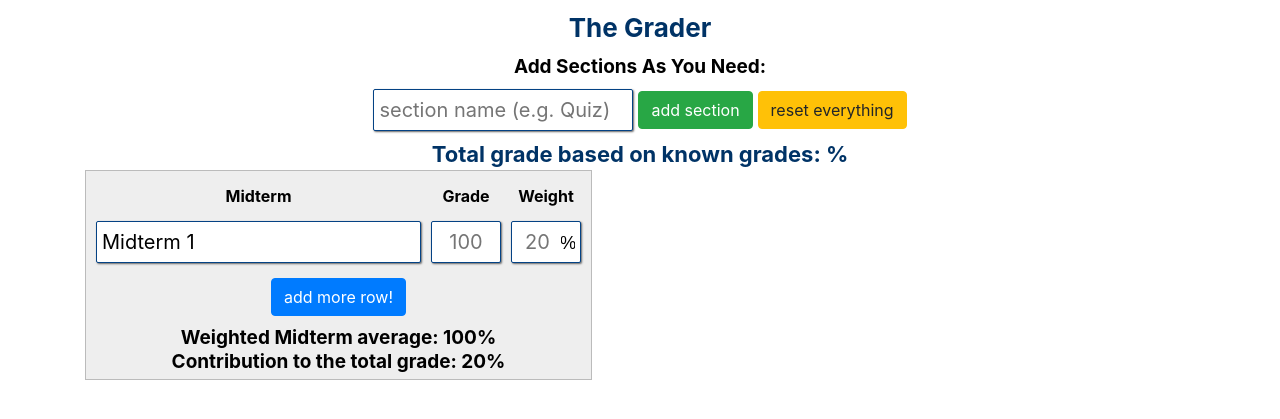
Repository: BarishNamazov/BarishNamazov.github.io
Page: thegrader/index.html
These files come from the project's save history. The page is drawn as it stood at one moment and after the next save; the edit follows.
The browser window is 1280 px wide. The pictures show the whole page.

Above is the page before, as saved 2020-10-31 19:48:21.

### thegrader/index.html
<!doctype html>
<html lang="en">
  <head>
    <meta charset="utf-8">
    <meta name="viewport" content="width=device-width, initial-scale=1, shrink-to-fit=no">

    <!-- Bootstrap CSS -->
    <link rel="stylesheet" href="https://cdn.jsdelivr.net/npm/bootstrap@4.5.3/dist/css/bootstrap.min.css" integrity="sha384-TX8t27EcRE3e/ihU7zmQxVncDAy5uIKz4rEkgIXeMed4M0jlfIDPvg6uqKI2xXr2" crossorigin="anonymous">

    <!-- Custon CSS -->
    <link rel="stylesheet" href="app.css">

    <title>The Grader</title>
  </head>
  <body>
    <div class="container">
      <div class="row">
        <div class="col-lg-12">
          <h1>The Grader</h1>

          <h3>Add Sections As You Need:</h3>

          <div class="divSectionAdder">
            <input type="text" class="sectionName" placeholder="section name (e.g. Quiz)"><button valign="center" class="btn btn-success sectionAdder" id="sectionAdder">add section</button><button style="margin-left: 5px" valign="center" class="btn btn-warning resetter">reset everything</button>
          </div>

          <div id="totalGrade">
            <h2>Total grade based on known grades: <span class="onlyKnownGrades"> </span>%</h2>
          </div>

          <table class="gradePanel">
            <tbody>
              <tr>
                <td>
                  <table>
                    <tbody>
                      <tr class="rowHeader">
                        <td class="tableHeader tableName"><strong>Midterm</strong></td>
                        <td class="tableHeader"><strong>Grade</strong></td>
                        <td class="tableHeader"><strong>Weight</strong></td>
                      </tr>
                      <tr>
                        <td><input type="text" class="gradeName" value="Midterm 1"></td>
                        <td><input type="text" class="gradeValue" placeholder="100"></td>
                        <td><input type="text" class="gradeWeight percentIcon" placeholder="20"></td>
                      </tr>
                    </tbody>
                  </table>

                  <div class="moreRows"></div>

                  <button class="btn btn-primary rowAdder" id="section1RowAdder">add more row!</button>

                  <div class="gradeBar">
                    <h3>
                      Weighted <span class="nameOfSection">Midterm</span> average: <span class="sectionAverage">100</span>%
                      <br>
                      Contribution to the total grade: <span class="sectionContribution">20</span>%
                      <div class="failSafe">
                        You might have some errors while entering the grades and weights as numbers. Those grades are ignored.
                      </div>
                    </h3>
                  </div>

                </td>
              </tr>
            </tbody>
          </table>
          <div class="moreSections"></div>
        </div>
      </div>
    </div>



    <script src="https://code.jquery.com/jquery-3.5.1.slim.min.js" integrity="sha384-DfXdz2htPH0lsSSs5nCTpuj/zy4C+OGpamoFVy38MVBnE+IbbVYUew+OrCXaRkfj" crossorigin="anonymous"></script>
    <script src="https://cdn.jsdelivr.net/npm/bootstrap@4.5.3/dist/js/bootstrap.bundle.min.js" integrity="sha384-ho+j7jyWK8fNQe+A12Hb8AhRq26LrZ/JpcUGGOn+Y7RsweNrtN/tE3MoK7ZeZDyx" crossorigin="anonymous"></script>
    <script src="https://code.jquery.com/jquery-3.5.1.min.js" integrity="sha256-9/aliU8dGd2tb6OSsuzixeV4y/faTqgFtohetphbbj0=" crossorigin="anonymous"></script>
    <script src="scripts.js"></script>
  </body>
</html>

### thegrader/app.css
body,p,td,div,input,th,li,textarea{font-size:16px;color:#000;}

body{background:#fff;margin:0px;padding:0px;border:0;text-align: center;}

h1 {
  text-align: center;
  color: blue;
}
.divSectionAdder{
  margin: 10px auto;
  display: flex;
  align-items: center;
  justify-content: center;
}
.sectionName{
  margin-right: 5px;
  width: 260px;
}
.gradePanel{
	background:#eee;
	border: solid 1px #bbbbbb;
  padding: 10px;
  margin-bottom: 10px;
  width: 40%;
}
.failSafe{
  color: rgb(122, 5, 5);
  display: none;
}
td{
  padding: 5px;
}

h1{color:#003366;font-size:26px;font-weight:bold;padding:0;margin:12px 0;}
#resulth1{background-color:#ffefe7;padding:0px 5px 0px 5px;border-top:#930 1px dotted;}
h2{font-size:22px;font-weight:bold;color:#003366;padding:0; margin-bottom: 2px;}
h3{font-size:19px;font-weight:bold;}
hr{border:0;color:#aaa;background-color:#aaa;height:1px;}
a{color:#069;text-decoration:underline;}
a:hover{text-decoration:none;}
input{padding: 5px;color:#000;}
select{padding: 4px;color:#000;}
option{font-size:16px;}
input[type=text],
input[type=number],
select {
	border: 1px solid #044284;
	border-radius: 2px;
	box-shadow: 1px 1px 2px #666;
	font-size:20px;
}

.tableHeader{
  text-align: center;
}
.rowHeader{
  height: 40px;
}
.gradeWeight, .gradeValue{
  text-align:center;
  width: 70px;
}
.percentIcon{
	background: white url('media/percent.svg') right 5px center no-repeat;
  padding-right: 22px;
}
.rowAdder{
  margin: 10px auto;
}
h3{
  display: inline;
}

### thegrader/scripts.js
var newRow = "<table><tbody><tr><td><input type=\"text\" class=\"gradeName\" value=\"Midterm X\" autocomplete=\"off\"></td><td><input type=\"text\" class=\"gradeValue\"></td><td><input type=\"text\" class=\"gradeWeight percentIcon\"></td></tr></tbody></table>\n ";

var newSection = "<table class=\"gradePanel\"> <tbody> <tr> <td> <table> <tbody> <tr class=\"rowHeader\"> <td class=\"tableHeader tableName\"><strong>Midterm</strong></td> <td class=\"tableHeader\"><strong>Grade</strong></td> <td class=\"tableHeader\"><strong>Weight</strong></td> </tr> <tr> <td><input type=\"text\" class=\"gradeName\" value=\"Midterm 1\" autocomplete=\"off\"></td> <td><input type=\"text\" class=\"gradeValue\" placeholder=\"100\"></td> <td><input type=\"text\" class=\"gradeWeight percentIcon\" placeholder=\"20\"></td> </tr> </tbody> </table> <div class=\"moreRows\"></div> <button class=\"btn btn-primary rowAdder\">add more row!</button>  <div class=\"gradeBar\"> <h3> Weighted <span class=\"nameOfSection\">Midterm</span> average: <span class=\"sectionAverage\">100</span>% <br> Contribution to the total grade: <span class=\"sectionContribution\">20</span>% <div class=\"failSafe\"> You might have some errors while entering the grades and weights as numbers. Those grades are ignored. </div> </h3> </div>  </td> </tr> </tbody> </table>";

$(".resetter").on("click", function(){
  location.reload(true);
});
$(".failSafe").hide();

if (!String.prototype.splice) {
  String.prototype.splice = function(start, delCount, newSubStr) {
      return this.slice(0, start) + newSubStr + this.slice(start + Math.abs(delCount));
  };
}

var sectionCount = 1;

function rowAdder(){
  var idx = $(this).parents(".gradePanel").find("table").length + 1;
  var namePanel = $(this).parents(".gradePanel").find(".tableName").text();
  var editedRow = newRow.replace("Midterm X", namePanel + " " + idx);
  $(this).parents(".gradePanel").find(".moreRows").before(editedRow);
  $(".gradeValue").change(updateSectionGrade);
  $(".gradeWeight").change(updateSectionGrade);
}
$(".rowAdder").on("click", rowAdder);

function sectionAdder(dir){
  var x = (typeof dir == "string") ? $(dir) : $(this);
  var sectionInputName = $(".sectionName").val();
  if (!sectionInputName) return;
  var editedSection = newSection.replaceAll("Midterm", sectionInputName);
  $(".moreSections").before(editedSection);
  $(".rowAdder").eq(sectionCount++).on("click", rowAdder);
  $(".sectionName").val(null);
  $(".gradeValue").change(updateSectionGrade);
  $(".gradeWeight").change(updateSectionGrade);
}


$(".sectionAdder").on("click", sectionAdder);
$(".sectionName").on("keypress", function(e) {
  if (e.which == 13) {
    sectionAdder(".sectionName");
  }
})

function updateSectionGrade() {
  var section = $(this).parents(".gradePanel");
  var grades = section.find(".gradeValue"), weights = section.find(".gradeWeight");
  var contribution = 0.0, failSafe = 0, weightSum = 0.0, sectionAverage = 0.0;
  section.find("input").attr("placeholder", "");
  for (var i = 0; i < grades.length; i++) {
    if (Number(grades[i].value) && Number(weights[i].value)) {
      weightSum += Number(weights[i].value);
      contribution += Number(grades[i].value) * Number(weights[i].value) / 100.0;
    } else if (isNaN(Number(grades[i].value)) || isNaN(Number(weights[i].value))) {
      failSafe = 1;
    }
  }
  for (var i = 0; i < grades.length; i++) {
    if (Number(grades[i].value) && Number(weights[i].value)) {
      sectionAverage += Number(grades[i].value) * Number(weights[i].value) / weightSum;
    }
  }
  if (failSafe) {
    section.find(".failSafe").show();
  } else {
    section.find(".failSafe").hide();
  }
  section.find(".sectionContribution").text(contribution.toFixed(2));
  section.find(".sectionAverage").text(sectionAverage.toFixed(2));
}
function calculateTotalGrade() {
  var grades = $(document).find("gradeValue"), weights = $(document).find("gradeWeight");
  var totalGrade = 0.0, failSafe = 0, weightSum = 0.0, onlyKnownGrades = 0.0;
  for (var i = 0; i < grades.length; i++) {
    if (Number(grades[i].value) && Number(weights[i].value)) {
      weightSum += Number(weights[i].value);
      totalGrade += Number(grades[i].value) * Number(weights[i].value) / 100.0;
    } else if (isNaN(Number(grades[i].value)) || isNaN(Number(weights[i].value))) {
      failSafe = 1;
    }
  }
  if (failSafe) {
    $("#totalGrade").find(".failSafe").show();
  } else {
    $("#totalGrade").find(".failSafe").hide();
  }
  for (var i = 0; i < grades.length; i++) {
    if (Number(grades[i].value) && Number(weights[i].value)) {
      onlyKnownGrades += Number(grades[i].value) * Number(weights[i].value) / weightSum;
    }
  }
  $("#totalGrade").find(".totalGrade").text(totalGrade.toFixed(2));
  $("#totalGrade").find(".onlyKnownGrades").text(onlyKnownGrades.toFixed(2));
}
$(".gradeValue").change(updateSectionGrade);
$(".gradeWeight").change(updateSectionGrade);

After the next save:
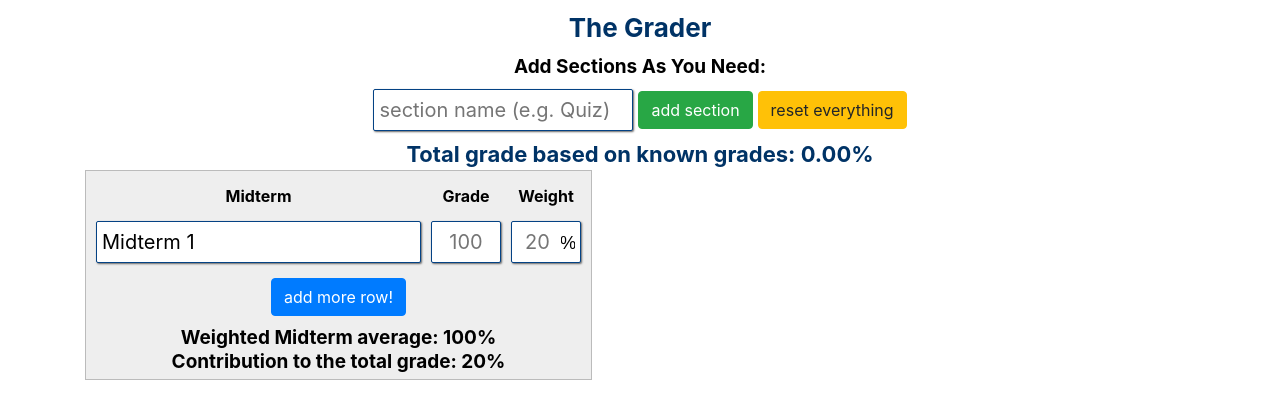
Saved 12 s later.
--- a/thegrader/index.html
+++ b/thegrader/index.html
@@ -25,7 +25,7 @@
           </div>
 
           <div id="totalGrade">
-            <h2>Total grade based on known grades: <span class="onlyKnownGrades"> </span>%</h2>
+            <h2>Total grade based on known grades: <span class="onlyKnownGrades">0.00</span>%</h2>
           </div>
 
           <table class="gradePanel">
